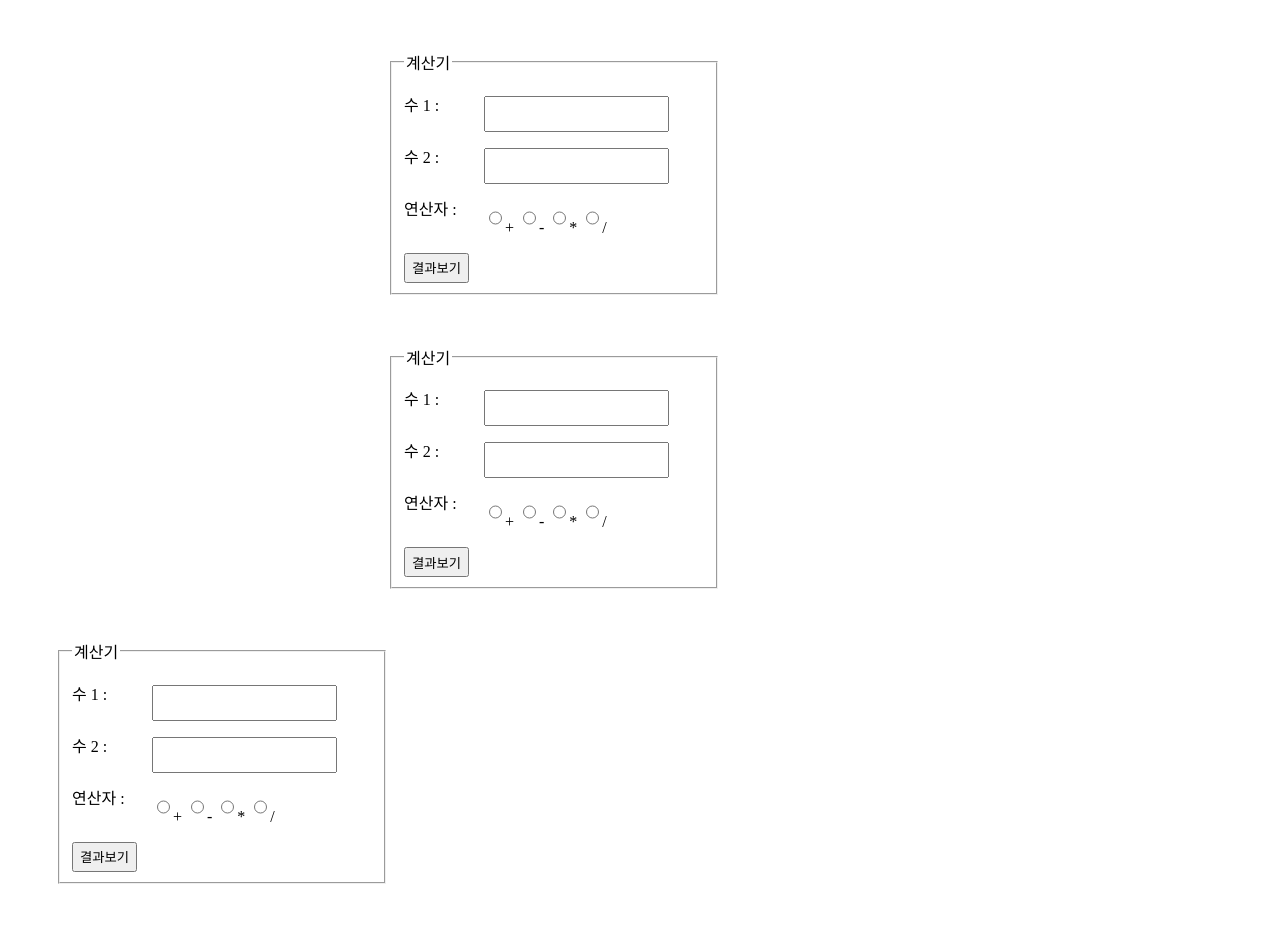
Repository: wjsjsn/23_jspstudy
Page: 01_servlet/src/main/webapp/view/ex07.html
These files come from the project's save history. The page is drawn as it stood at one moment and after the next save; the edit follows.
The browser window is 1280 px wide. The pictures show the whole page.

Above is the page before, as saved 2023-06-30 06:17:07.

After the next save:
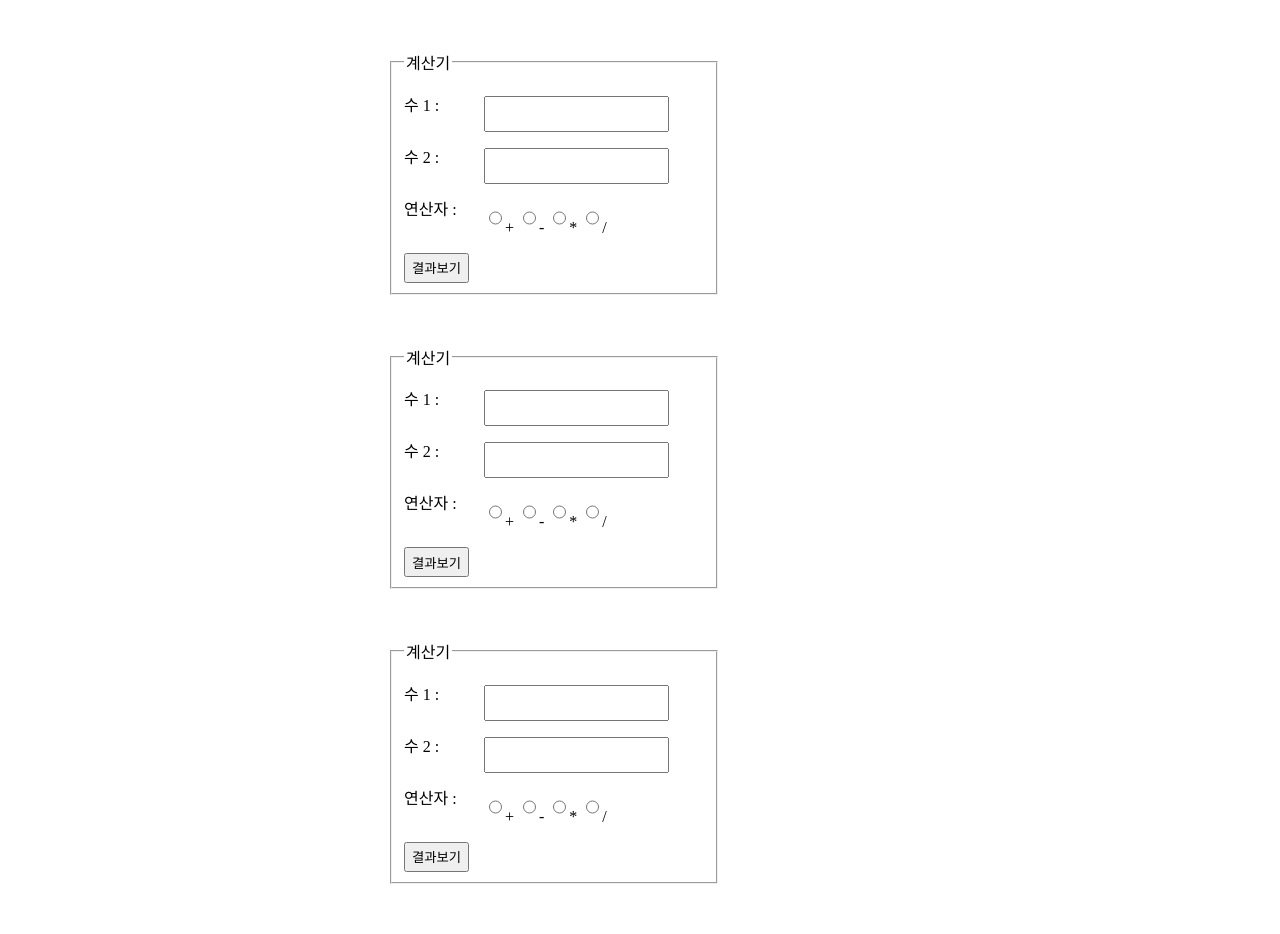
Saved 14 s later.
--- a/01_servlet/src/main/webapp/view/ex07.html
+++ b/01_servlet/src/main/webapp/view/ex07.html
@@ -9,7 +9,7 @@
 		margin: 50px;
 	}
 
-	#mydiv, #mydiv2 {
+	#mydiv, #mydiv2, #mydiv3 {
 		width: 600px;
 		margin: auto;
 	}
